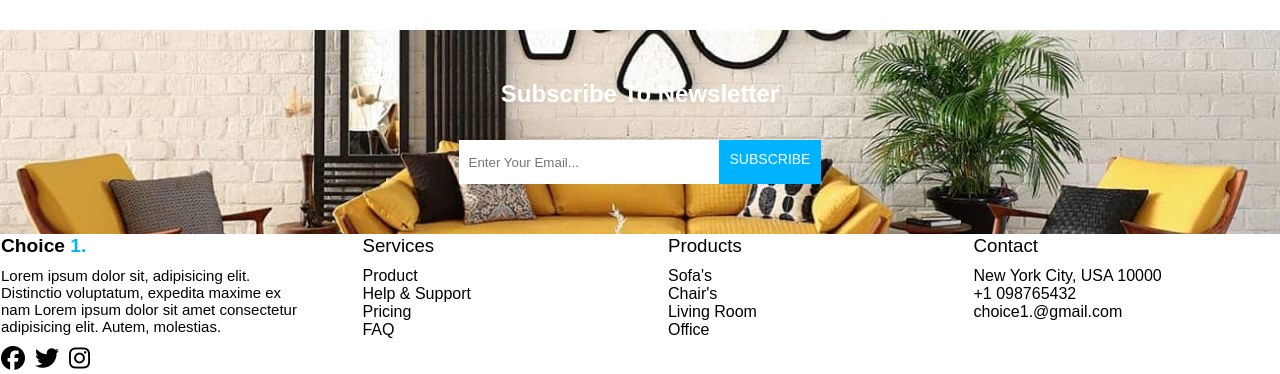
Repository: alishbah7/Choice1
Page: index.html
These files come from the project's save history. The page is drawn as it stood at one moment and after the next save; the edit follows.
The browser window is 1280 px wide. The pictures show the part of the page from y = 3939 to 4411 px (the page is 4313 px tall before and 4411 px after).
A picture or video elsewhere on the page could not be fetched, so the positions and the page height are approximate. Backgrounds fixed to the window are drawn as part of the page.

Above is the page before, as saved 2024-11-24 13:07:09.

### index.html
<!DOCTYPE html>
<html lang="en">
<head>
    <meta charset="UTF-8">
    <meta name="viewport" content="width=device-width, initial-scale=1.0">
    <title>Navbar</title>

    <!--=== CSS ===-->
    <link rel="stylesheet" href="style.css">

    <!--=== BOXICONS ===-->
    <link href='https://unpkg.com/boxicons@2.1.4/css/boxicons.min.css' rel='stylesheet' />
    <link rel="stylesheet" href="https://cdnjs.cloudflare.com/ajax/libs/font-awesome/6.7.1/css/all.min.css" integrity="sha512-5Hs3dF2AEPkpNAR7UiOHba+lRSJNeM2ECkwxUIxC1Q/FLycGTbNapWXB4tP889k5T5Ju8fs4b1P5z/iB4nMfSQ==" crossorigin="anonymous" referrerpolicy="no-referrer" />
</head>
<body>
    <!------------ header ------------>
    <header>
        <a href="#" class="logo">Choice <span>1.</span></a>
        <div class="bx bx-menu" id="menu-icon"></div>

        <ul class="navbar">
            <li><a href="#home">Home</a></li>
            <li><a href="#shop">Shop</a></li>
            <li><a href="#new">New Arrival</a></li>
            <li><a href="#about">About</a></li>
            <li><a href="#brands">Our Partners</a></li>
            <li><a href="#contact">Contact</a></li>
        </ul>
    </header>

    <!------------ home ------------>
    <section class="home" id="home">
        <div class="home-text">
            <h1><span>Make</span> Your Comfort <br> Is Our <span>Happiness</span></h1>
            <p>Lorem, ipsum dolor sit amet consectetur adipisicing elit. <br> Expedita totam consequuntur fuga quis aperiam nulla.</p>
            <a href="shop" class="btn">Shop Now</a>
        </div>
    </section>

    <!------------ shop ------------>
    <section class="shop" id="shop">
        <div class="heading">
            <span>New Arrival</span>
            <h1>Shop Now</h1>
        </div>
        <!------------ content ------------>
        <div class="shop-container">
            <!------------ box1 ------------>
            <div class="box">
                <div class="box-img">
                    <img src="img/img1.jpg" alt="">
                </div>
                <div class="title-price">
                    <h3>Brown Chair</h3>
                    <div class="stars">
                        <i class="bx bxs-star"></i>
                        <i class="bx bxs-star"></i>
                        <i class="bx bxs-star"></i>
                        <i class="bx bxs-star"></i>
                        <i class="bx bxs-star-half"></i>
                    </div>
                </div>
                <span>35$</span>
                <i class="bx bx-cart"></i>
            </div>
            <!------------ box2 ------------>
            <div class="box">
                <div class="box-img">
                    <img src="img/img1.jpg" alt="">
                </div>
                <div class="title-price">
                    <h3>Brown Chair</h3>
                    <div class="stars">
                        <i class="bx bxs-star"></i>
                        <i class="bx bxs-star"></i>
                        <i class="bx bxs-star"></i>
                        <i class="bx bxs-star"></i>
                        <i class="bx bxs-star-half"></i>
                    </div>
                </div>
                <span>35$</span>
                <i class="bx bx-cart"></i>
            </div>
            <!------------ box3 ------------>
            <div class="box">
                <div class="box-img">
                    <img src="img/img1.jpg" alt="">
                </div>
                <div class="title-price">
                    <h3>Brown Chair</h3>
                    <div class="stars">
                        <i class="bx bxs-star"></i>
                        <i class="bx bxs-star"></i>
                        <i class="bx bxs-star"></i>
                        <i class="bx bxs-star"></i>
                        <i class="bx bxs-star-half"></i>
                    </div>
                </div>
                <span>35$</span>
                <i class="bx bx-cart"></i>
            </div>
            <!------------ box4 ------------>
            <div class="box">
                <div class="box-img">
                    <img src="img/img1.jpg" alt="">
                </div>
                <div class="title-price">
                    <h3>Brown Chair</h3>
                    <div class="stars">
                        <i class="bx bxs-star"></i>
                        <i class="bx bxs-star"></i>
                        <i class="bx bxs-star"></i>
                        <i class="bx bxs-star"></i>
                        <i class="bx bxs-star-half"></i>
                    </div>
                </div>
                <span>35$</span>
                <i class="bx bx-cart"></i>
            </div>
            <!------------ box5 ------------>
            <div class="box">
                <div class="box-img">
                    <img src="img/img1.jpg" alt="">
                </div>
                <div class="title-price">
                    <h3>Brown Chair</h3>
                    <div class="stars">
                        <i class="bx bxs-star"></i>
                        <i class="bx bxs-star"></i>
                        <i class="bx bxs-star"></i>
                        <i class="bx bxs-star"></i>
                        <i class="bx bxs-star-half"></i>
                    </div>
                </div>
                <span>35$</span>
                <i class="bx bx-cart"></i>
            </div>
            <!------------ box6 ------------>
            <div class="box">
                <div class="box-img">
                    <img src="img/img1.jpg" alt="">
                </div>
                <div class="title-price">
                    <h3>Brown Chair</h3>
                    <div class="stars">
                        <i class="bx bxs-star"></i>
                        <i class="bx bxs-star"></i>
                        <i class="bx bxs-star"></i>
                        <i class="bx bxs-star"></i>
                        <i class="bx bxs-star-half"></i>
                    </div>
                </div>
                <span>35$</span>
                <i class="bx bx-cart"></i>
            </div>
        </div>
    </section>
    <!------------ new arrival ------------>
    <section class="new" id="new">
        <div class="heading">
            <span>New Collection</span>
            <h1>Best Selling</h1>
        </div>
    <!------------ content ------------>
    <div class="new-container">
        <!------------ box1 ------------>
        <div class="box">
            <div class="box-img">
                <img src="img/img1.jpg" alt="">
            </div>
            <div class="title-price">
                <h3>Brown Chair</h3>
                <div class="stars">
                    <i class="bx bxs-star"></i>
                    <i class="bx bxs-star"></i>
                    <i class="bx bxs-star"></i>
                    <i class="bx bxs-star"></i>
                    <i class="bx bxs-star-half"></i>
                </div>
            </div>
            <span>35$</span>
            <i class="bx bx-cart"></i>
        </div>
        <!------------ box2 ------------>
        <div class="box">
            <div class="box-img">
                <img src="img/img1.jpg" alt="">
            </div>
            <div class="title-price">
                <h3>Brown Chair</h3>
                <div class="stars">
                    <i class="bx bxs-star"></i>
                    <i class="bx bxs-star"></i>
                    <i class="bx bxs-star"></i>
                    <i class="bx bxs-star"></i>
                    <i class="bx bxs-star-half"></i>
                </div>
            </div>
            <span>35$</span>
            <i class="bx bx-cart"></i>
        </div>
        <!------------ box3 ------------>
        <div class="box">
            <div class="box-img">
                <img src="img/img1.jpg" alt="">
            </div>
            <div class="title-price">
                <h3>Brown Chair</h3>
                <div class="stars">
                    <i class="bx bxs-star"></i>
                    <i class="bx bxs-star"></i>
                    <i class="bx bxs-star"></i>
                    <i class="bx bxs-star"></i>
                    <i class="bx bxs-star-half"></i>
                </div>
            </div>
            <span>35$</span>
            <i class="bx bx-cart"></i>
        </div>
        <!------------ box4 ------------>
        <div class="box">
            <div class="box-img">
                <img src="img/img1.jpg" alt="">
            </div>
            <div class="title-price">
                <h3>Brown Chair</h3>
                <div class="stars">
                    <i class="bx bxs-star"></i>
                    <i class="bx bxs-star"></i>
                    <i class="bx bxs-star"></i>
                    <i class="bx bxs-star"></i>
                    <i class="bx bxs-star-half"></i>
                </div>
            </div>
            <span>35$</span>
            <i class="bx bx-cart"></i>
        </div>
        <!------------ box5 ------------>
        <div class="box">
            <div class="box-img">
                <img src="img/img1.jpg" alt="">
            </div>
            <div class="title-price">
                <h3>Brown Chair</h3>
                <div class="stars">
                    <i class="bx bxs-star"></i>
                    <i class="bx bxs-star"></i>
                    <i class="bx bxs-star"></i>
                    <i class="bx bxs-star"></i>
                    <i class="bx bxs-star-half"></i>
                </div>
            </div>
            <span>35$</span>
            <i class="bx bx-cart"></i>
        </div>
        <!------------ box6 ------------>
        <div class="box">
            <div class="box-img">
                <img src="img/img1.jpg" alt="">
            </div>
            <div class="title-price">
                <h3>Brown Chair</h3>
                <div class="stars">
                    <i class="bx bxs-star"></i>
                    <i class="bx bxs-star"></i>
                    <i class="bx bxs-star"></i>
                    <i class="bx bxs-star"></i>
                    <i class="bx bxs-star-half"></i>
                </div>
            </div>
            <span>35$</span>
            <i class="bx bx-cart"></i>
        </div>
    </div>
</section>
<!------------ about ------------>
<section class="about" id="about">
    <div class="about-img">
        <img src="img/furniture4.jpeg" alt="">
    </div>
    <div class="about-text">
        <span>About Us</span>
        <h2>Furniture is impoertant part <br>for comfort</h2>
        <p>Lorem ipsum dolor sit amet consectetur adipisicing elit. Dolorem sit maxime praesentium, facere totam, iusto omnis eveniet accusamus rerum, veritatis explicabo possimus necessitatibus officiis? Voluptas.</p>
        <p>Lorem, ipsum dolor sit amet consectetur adipisicing elit. Nam velit, deserunt placeat qui nemo natus.</p>
        <a href="#shop" class="btn">Learn More.</a>
    </div>
</section>
<!------------ brands ------------>
<section class="brands" id="brands">
    <div class="heading">
        <span>Brands</span>
        <h1>Our Brands Partners</h1>
    </div>
    <div class="brands-container">
        <img src="img/google.webp" alt="">
        <img src="img/amazon.png" alt="">
        <img src="img/netflix.a3e87fea-e03e-4c0a-8f26-9ecef205fa7b" alt="">
        <img src="img/tesla.webp" alt="">
        <img src="img/star.webp" alt="">
        <img src="img/zoom.png" alt="">
    </div>
</section>
<!------------ contact ------------>
<section class="newsletter" id="contact">
    <h2>Subscribe To Newsletter</h2>
    <div class="news-box">
        <input type="text" placeholder="Enter Your Email...">
        <a href="#" class="btn">Subscribe</a>
    </div>
</section>
<!------------ footer ------------>
<section class="footer" id="footer">
    <div class="footer-box">
        <h2>Choice <span>1.</span></h2>
        <p>Lorem ipsum dolor sit, adipisicing elit. <br>  Distinctio voluptatum, expedita maxime ex <br> nam Lorem ipsum dolor sit amet consectetur <br> adipisicing elit. Autem, molestias.</p>
        <div class="social">
            <a href="#"><i class="fa-brands fa-facebook"></i></a>
            <a href="#"><i class="fa-brands fa-twitter"></i></a>
            <a href="#"><i class="fa-brands fa-instagram"></i></a>
        </div>
    </div>
    <div class="footer-box">
        <h3>Services</h3>
        <li><a href="#">Product</a></li>
        <li><a href="#">Help & Support</a></li>
        <li><a href="#">Pricing</a></li>
        <li><a href="#">FAQ</a></li>
    </div>
    <div class="footer-box">
        <h3>Products</h3>
        <li><a href="#">Sofa's</a></li>
        <li><a href="#">Chair's</a></li>
        <li><a href="#">Living Room</a></li>
        <li><a href="#">Office</a></li>
    </div>
    <div class="footer-box contact-info">
        <h3>Contact</h3>
        <span>New York City, USA 10000</span>
        <span>+1 098765432</span>
        <span>choice1.@gmail.com</span>
    </div>
</section>


</body>
</html>

### style.css
*{
    margin: 0;
    padding: 0;
    box-sizing: border-box;
    scroll-behavior: smooth;
    scroll-padding-top: 2rem;
    list-style: none;
    text-decoration: none;
    font-family: "Poppins", sans-serif;
}

:root{
    --text-color: #000000;
    --main-color: #00b3ff;
}

section{
    padding: 50px 10%;
}

header{
    position: fixed;
    width: 100%;
    top: 0;
    right: 0;
    z-index: 1000;
    display: flex;
    align-items: center;
    justify-content: space-between;
    padding: 18px 100px;
    background: #edecea;
}

.logo{
    font-size: 1.2rem;
    font-weight: 600;
    color: var(--text-color);
}

.logo span{
    color: var(--main-color);
}

.navbar{
    position: relative;
    display: flex;
}

.navbar a{
    font-size: 1rem;
    padding: 10px 20px;
    font-weight: 500;
    color: var(--text-color);
}

.navbar a:hover{
    color: var(--main-color);
}

#menu-icon{
    font-size: 2rem;
    cursor: pointer;
    display: none;
}

.home{
    width: 100%;
    min-height: 100vh;
    background-image: url(img/furniture2.jpg);
    background-repeat: no-repeat;
    background-size: cover;
    background-position: right;
    background-attachment: fixed;
    display: flex;
    align-items: center;
}

.home-text h1{
    font-size: 2.7rem;
    color: #fff;
}

.home-text p{
    font-size: 0.938rem;
    margin: 0.4rem 0 1.8rem;
    color: #fff;
}

.home-text span{
    color: var(--main-color);
}

.btn{
    padding: 10px 14px;
    background: var(--main-color);
    color: #fff;
    border-radius: 0.3rem;
    font-size: 14px;
}

.btn:hover{
    background-color: #ffffff00;
    border: 2px solid var(--main-color);
    color: var(--main-color);
}

.heading span{
    display: flex;
    align-items: center;
    justify-content: center;
    color: var(--main-color);
    padding-bottom: 5px;
    font-size: 14px;
    font-weight: 500;
    text-transform: uppercase;
}

.heading h1{
    display: flex;
    align-items: center;
    justify-content: center;
    font-size: 30px;
    font-weight: 700;
}

.shop-container, .new-container {
    display: grid;
    grid-template-columns: repeat(auto-fit, minmax(300px, auto));
    gap: 1rem;
    margin-top: 2rem;
}

.box{
    position: relative;
    box-shadow: 1px 4px 4px rgb(0, 0, 0, 0.1);
    border-radius: 44px 4px 4px 4px;
}

.box .box-img{
    width: 100%;
    height: 400px;
    overflow: hidden;
    border-radius: 44px 4px 0 0;
}

.box .box-img img{
    width: 100%;
    height: 100%;
    object-fit: cover;
    object-position: center;
}

.box .box-img img:hover{
    transform: scale(1.1);
    transition: 0.5s;
}

.title-price{
    display: flex;
    justify-content: space-between;
    padding: 12px;
}

.title-price h3{
    font-size: 1rem;
    font-weight: 600;
}

.box span{
    font-size: 1.1rem;
    font-weight: 500;
    padding-left: 12px;
    color: var(--main-color);
}

.stars .bx{
    color: var(--main-color);
}

.box .bx-cart{
    position: absolute;
    bottom: 0;
    right: 0;
    padding: 7px;
    font-size: 20px;
    color: #fff;
    border-radius: 4px 0 4px 0;
    background: var(--main-color);
}

.box .bx-cart:hover{
    color: var(--main-color);
    background-color: #fff;
    border: 1px solid var(--main-color);
    cursor: pointer;
}

.new-container .box{
    border-radius: 4px;
}

.new-container .box .box-img{
    border-radius: 4px 44px 4px 4px;
}

.about{
    display: grid;
    grid-template-columns: repeat(1, 2fr);
    gap: 1rem;
}

.about-img img{
    width: 80%;
    border-radius: 10px;
    object-fit: contain;
}

.about-text span{
    font-size: 14px;
    font-weight: 500;
    text-transform: uppercase;
    color: var(--main-color);
}

.about-text p{
    font-size: 0.938rem;
    margin: 0.5rem 0 1.4rem;
}

.brands-container{
    display: grid;
    grid-template-columns: repeat(auto-fit, minmax(100px, auto));
    align-items: center;
    justify-content: space-between;
    gap: 1rem;
    margin-top: 2rem;
}

.brands-container img{
    width: 100px;
}

.brands-container img{
    width: 100px;
    filter: grayscale(1);
}

.brands-container img:hover{
    cursor: pointer;
    filter: grayscale(0);
}

.newsletter{
    display: flex;
    flex-direction: column;
    align-items: center;
    background-image: url(img/Furniture3.jpg);
    background-repeat: no-repeat;
    background-size: cover;
    background-position: center;
}

.newsletter h2{
    color: #fff;
}

.news-box{
    display: flex;
    align-items: center;
    margin-top: 2rem;
}

.news-box input{
    width: 260px;
    height: 44px;
    border: none;
    outline: none;
    background: #fff;
    padding: 10px;
}

.news-box .btn{
    height: 44px;
    padding: 11px;
    border-radius: 0;
    font-weight: 500;
    text-transform: uppercase;
}

.footer{
    display: grid;
    grid-template-columns: repeat(auto-fit, minmax(240px, auto));
    /* gap: 1rem; */
    padding: 1px;
}

.footer-box h2{
    font-size: 1.2rem;
    font-weight: 600;
    margin-bottom: 10px;
}

.footer-box span{
    color: var(--main-color);
}

.footer-box p{
    font-size: 00.938rem;
    margin-bottom: 10px;
}

.social{
    display: flex;
    align-items: center;
}

.social a{
    font-size: 24px;
    margin-right: 10px;
    color: #000000;
}

.social a:hover{
    color: var(--main-color);
}

.footer-box h3{
    font-weight: 500;
    margin-bottom: 10px;
}

.footer-box li a{
    color: #000000;
}

.footer-box li a:hover{
    color: var(--main-color);
}

.contact-info{
    display: flex;
    flex-direction: column;
}

.contact-info span{
    color: #000000;
}

After the next save:
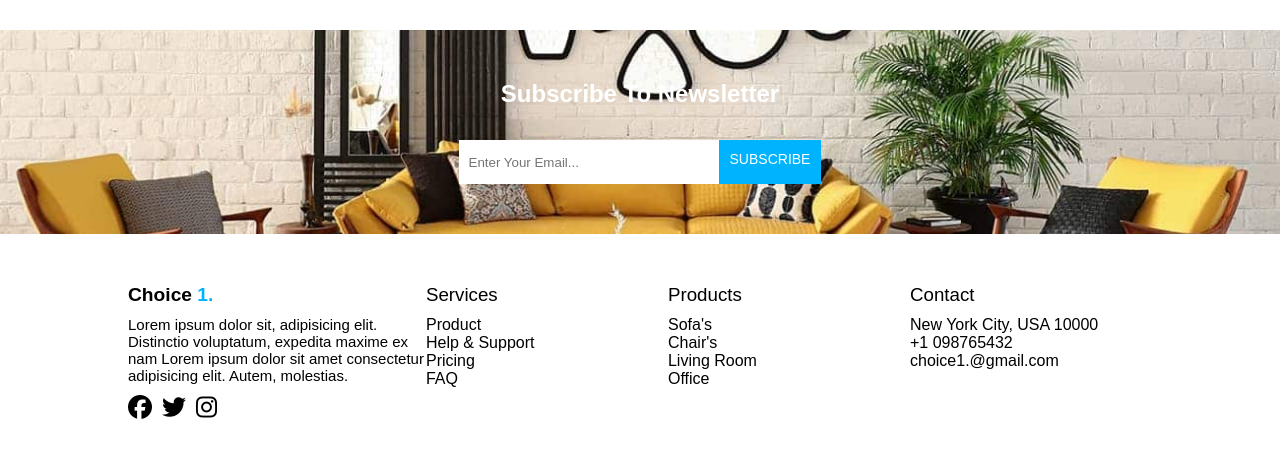
Saved 15 s later.
--- a/style.css
+++ b/style.css
@@ -291,7 +291,7 @@ header{
     display: grid;
     grid-template-columns: repeat(auto-fit, minmax(240px, auto));
     /* gap: 1rem; */
-    padding: 1px;
+    /* padding: 1px; */
 }
 
 .footer-box h2{
